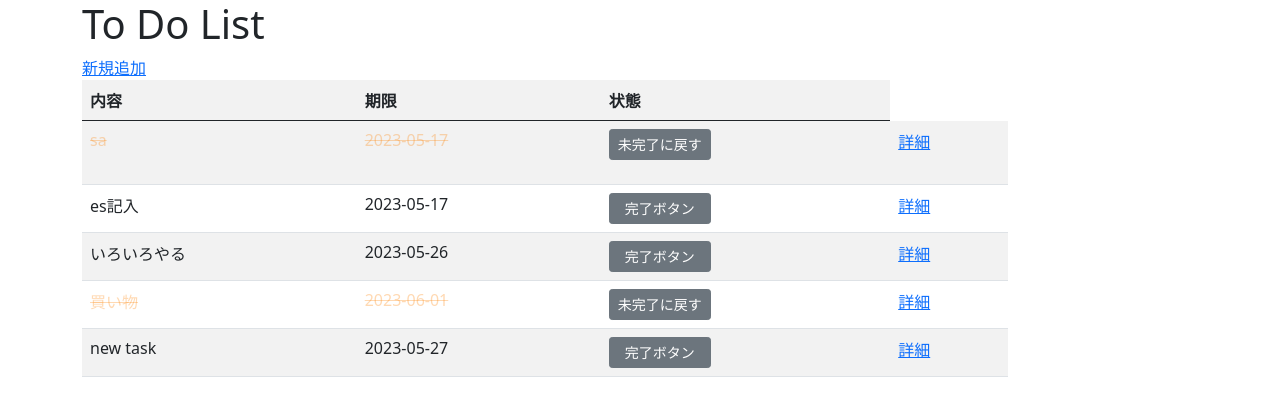
Repository: sgmtg/ToDoList
Page: http://localhost/
The author's editor kept a record of every edit. The page is drawn from the files as they stood at one moment, then again after the next edit.
The browser window is 1280 px wide. The pictures show the whole page.
The page is served by the project's application, run on Flask 3 (app.py). The page reads the database file committed with the project.

Above is the page before.

After the next edit:
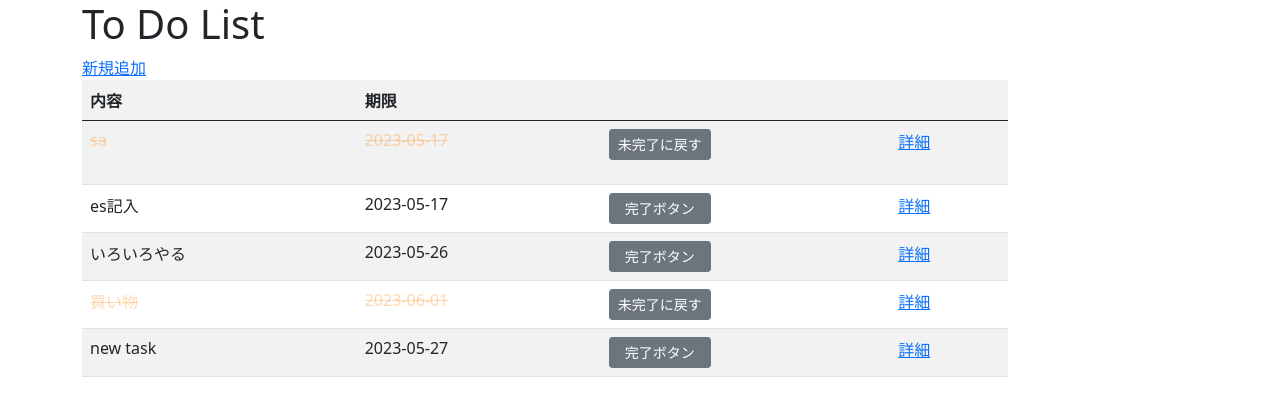
The edit:
--- a/templates/index.html
+++ b/templates/index.html
@@ -7,7 +7,7 @@
         <h1>To Do List</h1>
         <a href="/create">新規追加</a>
         <table class="table table-striped">
-            </th><th>内容</th><th>期限</th><th>状態</th></tr>
+            </th><th>内容</th><th>期限</th><th></th><th></th></tr>
         <tbody>
         {% for post in posts %}
             <tr>
